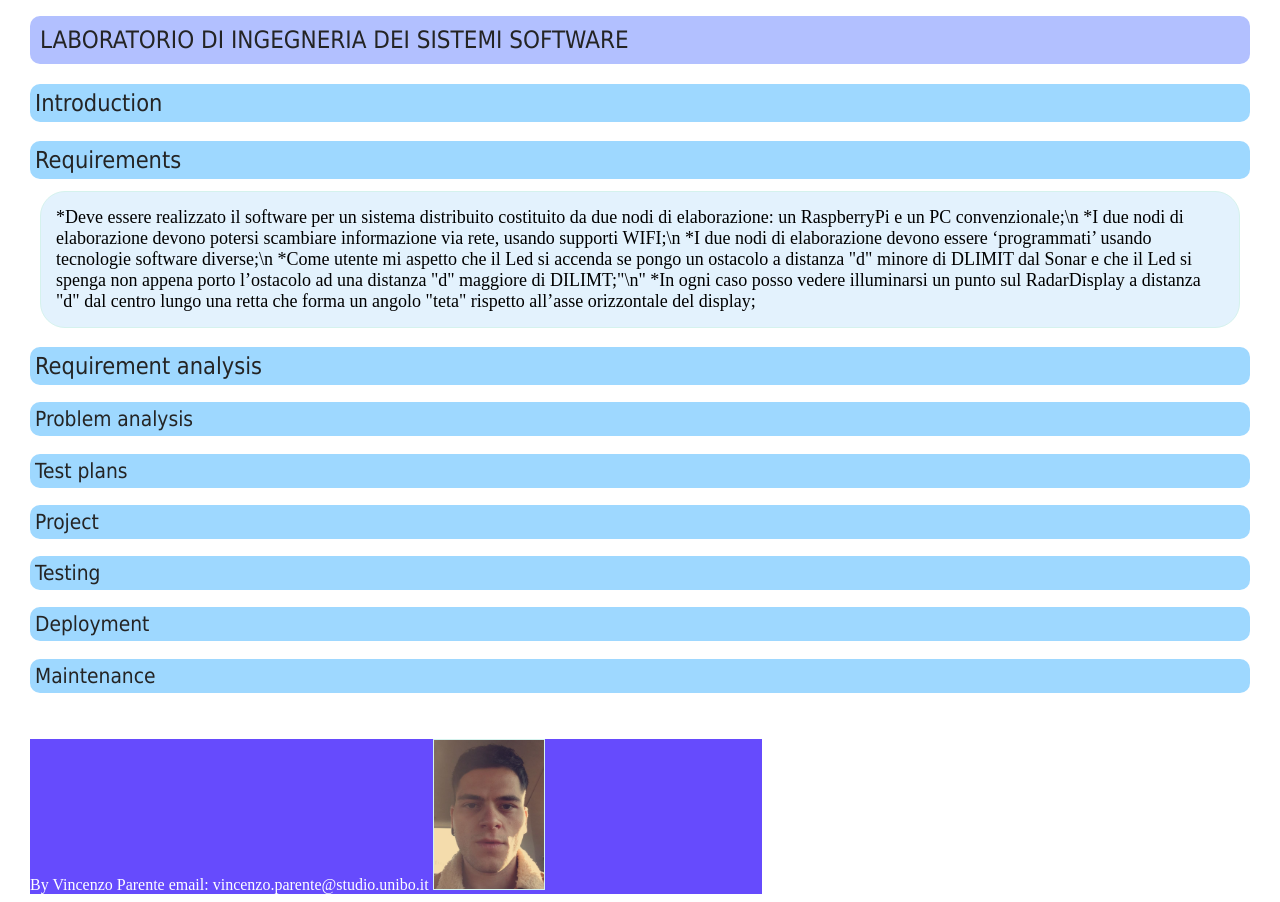
Repository: ParenteVincenzo/iss2022
Page: it.unibo.radarSystem22/userDocs/radarSystem22.html
These files come from the project's save history. The page is drawn as it stood at one moment and after the next save; the edit follows.
The browser window is 1280 px wide. The pictures show the whole page.

Above is the page before, as saved 2022-03-06 16:52:51.

After the next save:
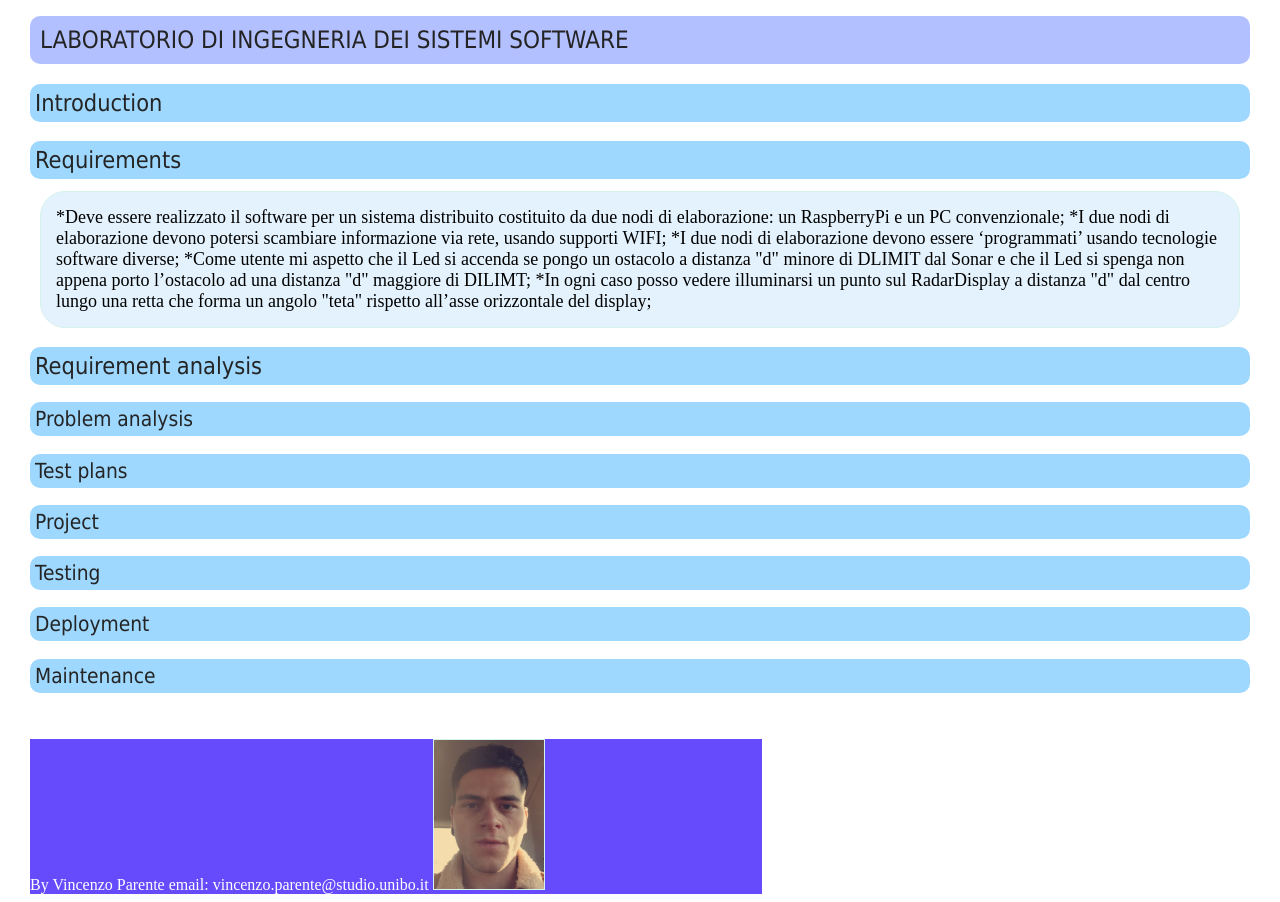
Saved 28 s later.
--- a/it.unibo.radarSystem22/userDocs/radarSystem22.html
+++ b/it.unibo.radarSystem22/userDocs/radarSystem22.html
@@ -204,10 +204,10 @@ div.imagedesc{
 
 
 <div class="remark">
-*Deve essere realizzato il software per un sistema distribuito costituito da due nodi di elaborazione: un RaspberryPi e un PC convenzionale;\n
-*I due nodi di elaborazione devono potersi scambiare informazione via rete, usando supporti WIFI;\n
-*I due nodi di elaborazione devono essere ‘programmati’ usando tecnologie software diverse;\n
-*Come utente mi aspetto che il Led si accenda se pongo un ostacolo a distanza "d" minore di DLIMIT dal Sonar e che il Led si spenga non appena porto l’ostacolo ad una distanza "d" maggiore di DILIMT;"\n"
+*Deve essere realizzato il software per un sistema distribuito costituito da due nodi di elaborazione: un RaspberryPi e un PC convenzionale;
+*I due nodi di elaborazione devono potersi scambiare informazione via rete, usando supporti WIFI;
+*I due nodi di elaborazione devono essere ‘programmati’ usando tecnologie software diverse;
+*Come utente mi aspetto che il Led si accenda se pongo un ostacolo a distanza "d" minore di DLIMIT dal Sonar e che il Led si spenga non appena porto l’ostacolo ad una distanza "d" maggiore di DILIMT;
 *In ogni caso posso vedere illuminarsi un punto sul RadarDisplay a distanza "d" dal centro lungo una retta che forma un angolo "teta" rispetto all’asse orizzontale del display;
 </div>
 
